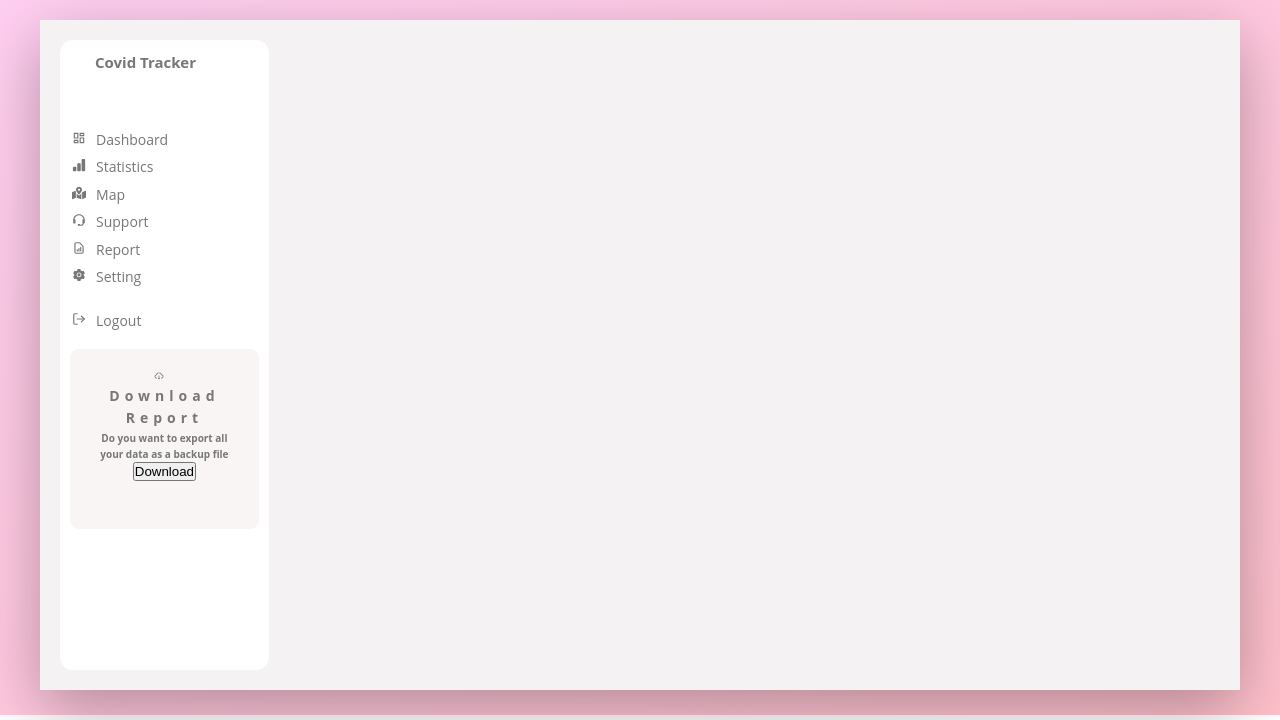
Repository: okidijimmy200/CovidAdminTracker
Page: /
These files come from the project's save history. The page is drawn as it stood at one moment and after the next save; the edit follows.
The browser window is 1280 px wide. The pictures show the whole page.
The project was rebuilt for these pictures with package versions that can differ from the ones it lists, and the page was loaded fresh each time.

Above is the page before, as saved 2022-06-16 12:56:26.

After the next save:
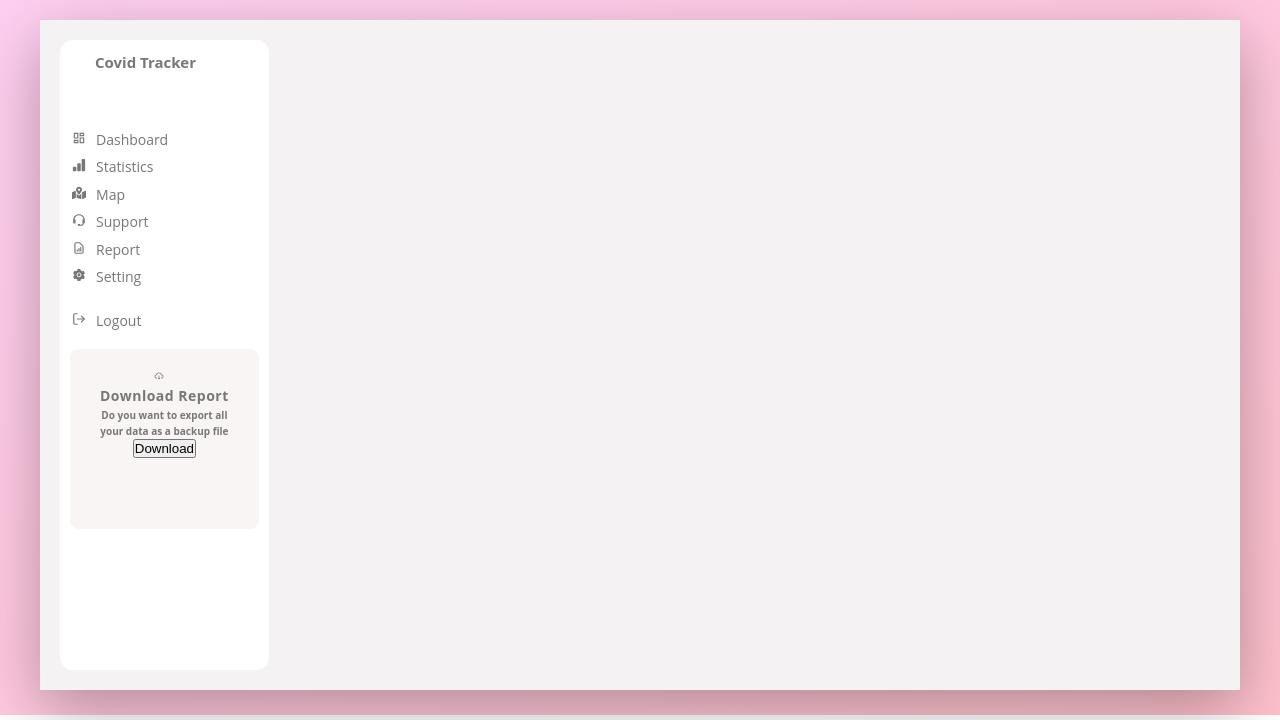
Saved 10 s later.
--- a/src/sidebar/sidebar.scss
+++ b/src/sidebar/sidebar.scss
@@ -91,5 +91,5 @@
 .title__download {
     font-size: 1.4rem;
     font-weight: bold;
-    letter-spacing: .5rem;
+    letter-spacing: .5px;
 }
